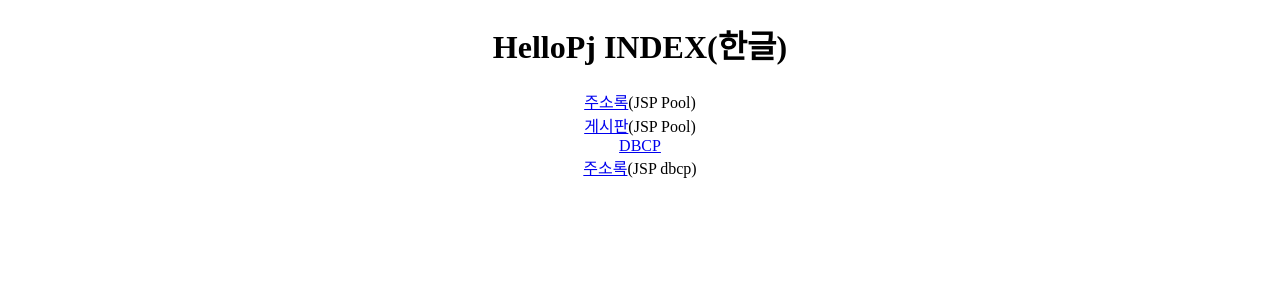
Repository: betweenhj702/Web-App-Server-Practices
Page: http://localhost/HelloPj/
These files come from the project's save history. The page is drawn as it stood at one moment and after the next save; the edit follows.
The browser window is 1280 px wide. The pictures show the whole page.
The page is served by Tomcat 9. Other server files are loaded and not shown.

Above is the page before, as saved 2020-12-29 07:55:49.

### workspace/HelloPj/WebContent/index.jsp
<%@ page language="java" contentType="text/html; charset=UTF-8"
    pageEncoding="UTF-8"%>
<!DOCTYPE html>
<html>
<head>
<meta charset="UTF-8">
<title>HelloPJ index</title>
</head>
<body>
	<div style="text-align:center">
		   <h1>HelloPj INDEX(한글)</h1>
		   <p>
		   	<a href="addr_jsp_pool/list.jsp">주소록</a>(JSP Pool)<br/>
		   	<a href="sm_jsp_pool/list.jsp">게시판</a>(JSP Pool)<br/>
		   	<a href="hello_dbcp.jsp">DBCP</a><br/>
		   	<a href="addr_jsp_dbcp/list.jsp">주소록</a>(JSP dbcp)<br/>

		   </p>
		</div>
</body>
</html>

After the next save:
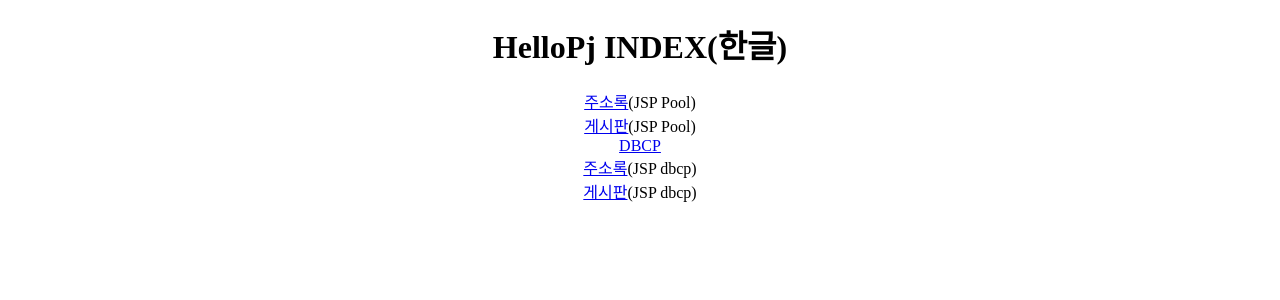
Saved 3 min 47 s later.
--- a/workspace/HelloPj/WebContent/index.jsp
+++ b/workspace/HelloPj/WebContent/index.jsp
@@ -14,7 +14,7 @@
 		   	<a href="sm_jsp_pool/list.jsp">게시판</a>(JSP Pool)<br/>
 		   	<a href="hello_dbcp.jsp">DBCP</a><br/>
 		   	<a href="addr_jsp_dbcp/list.jsp">주소록</a>(JSP dbcp)<br/>
-
+		   	<a href="sm_jsp_dbcp/list.jsp">게시판</a>(JSP dbcp)<br/>
 		   </p>
 		</div>
 </body>
